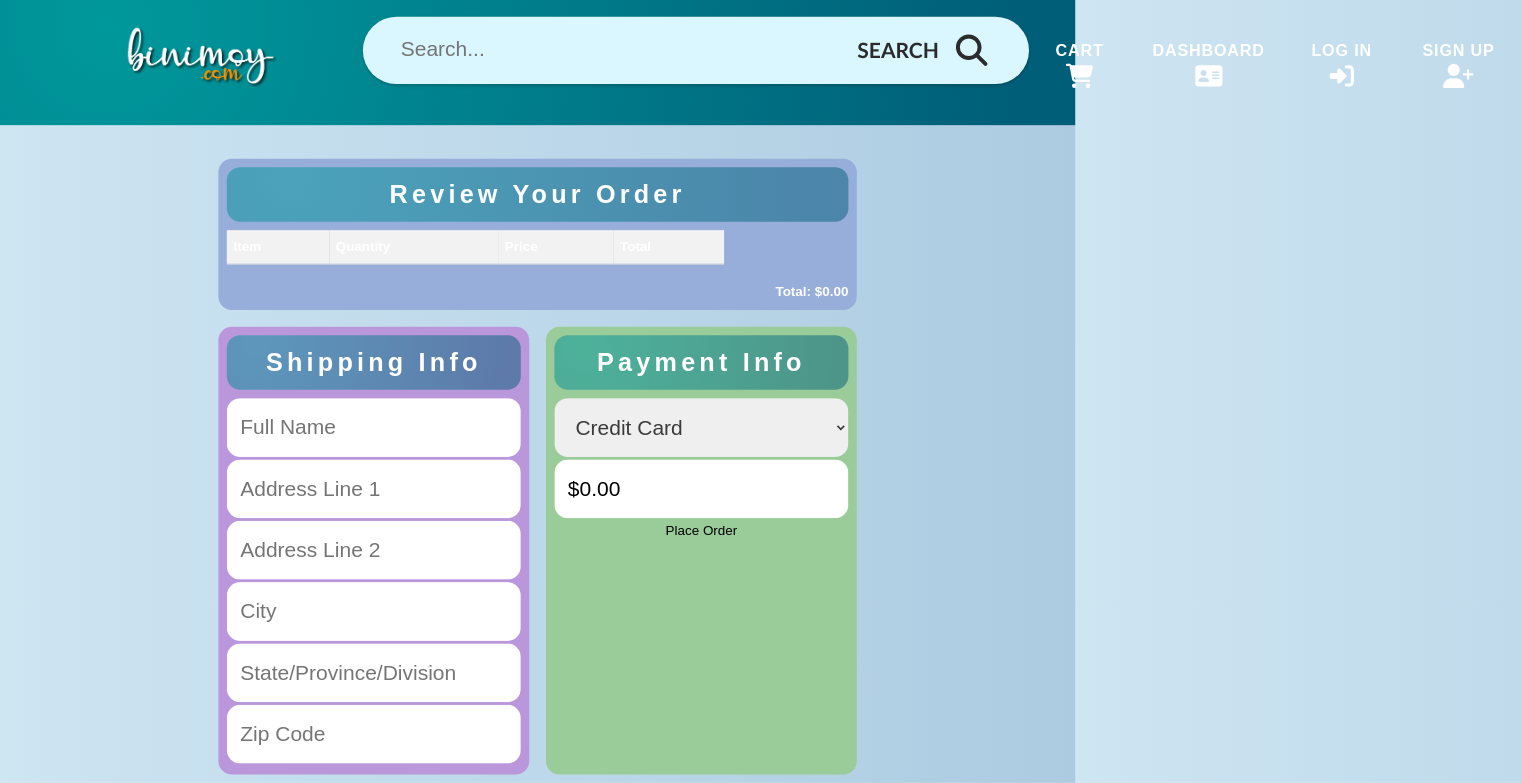
Repository: Shadman2024/2_1_DatabaseProject
Page: /checkout (app in frontend/)
An editor plug-in stored every save of this project. The page is shown before and after the next save, followed by the edit.
The browser window is 1280 px wide. The page is 1811 px wide, so the pictures cover 1811 px, including what lies to the right of the window. The pictures show the whole page, at 84% of full size.
Some web libraries are served in a nearby version. The project was rebuilt for these pictures with package versions that can differ from the ones it lists, and the page was loaded fresh each time. Also part of the build but not shown: frontend/src/App.css, frontend/src/signUp/signup.js, frontend/src/logIn/login.js, frontend/src/Home/home.module.css, frontend/src/Home/hero.js, frontend/src/Home/hero2.js, frontend/src/Home/hero3.js, frontend/src/Home/smallcategory.module.css and 31 more.

Above is the page before, as saved 2024-03-08 15:31:25.

After the next save:
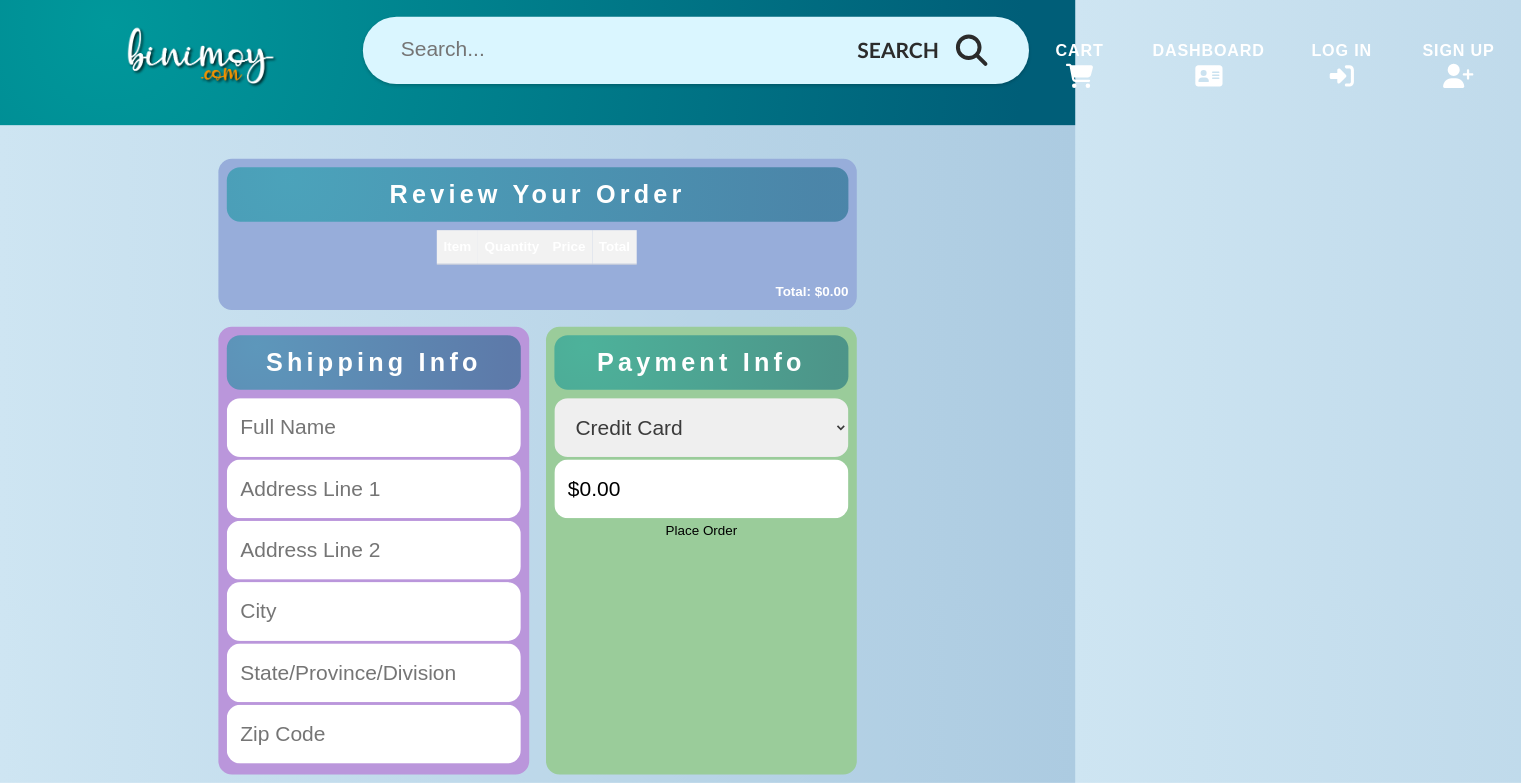
Saved 9 s later.
--- a/frontend/src/checkout/checkout.module.css
+++ b/frontend/src/checkout/checkout.module.css
@@ -105,7 +105,7 @@
   }
 
   .reviewTable {
-    width: 80%;
+    margin-left: 250px;
     border-collapse: collapse;
     margin-bottom: 20px;
   }

After the 3 saves that followed:
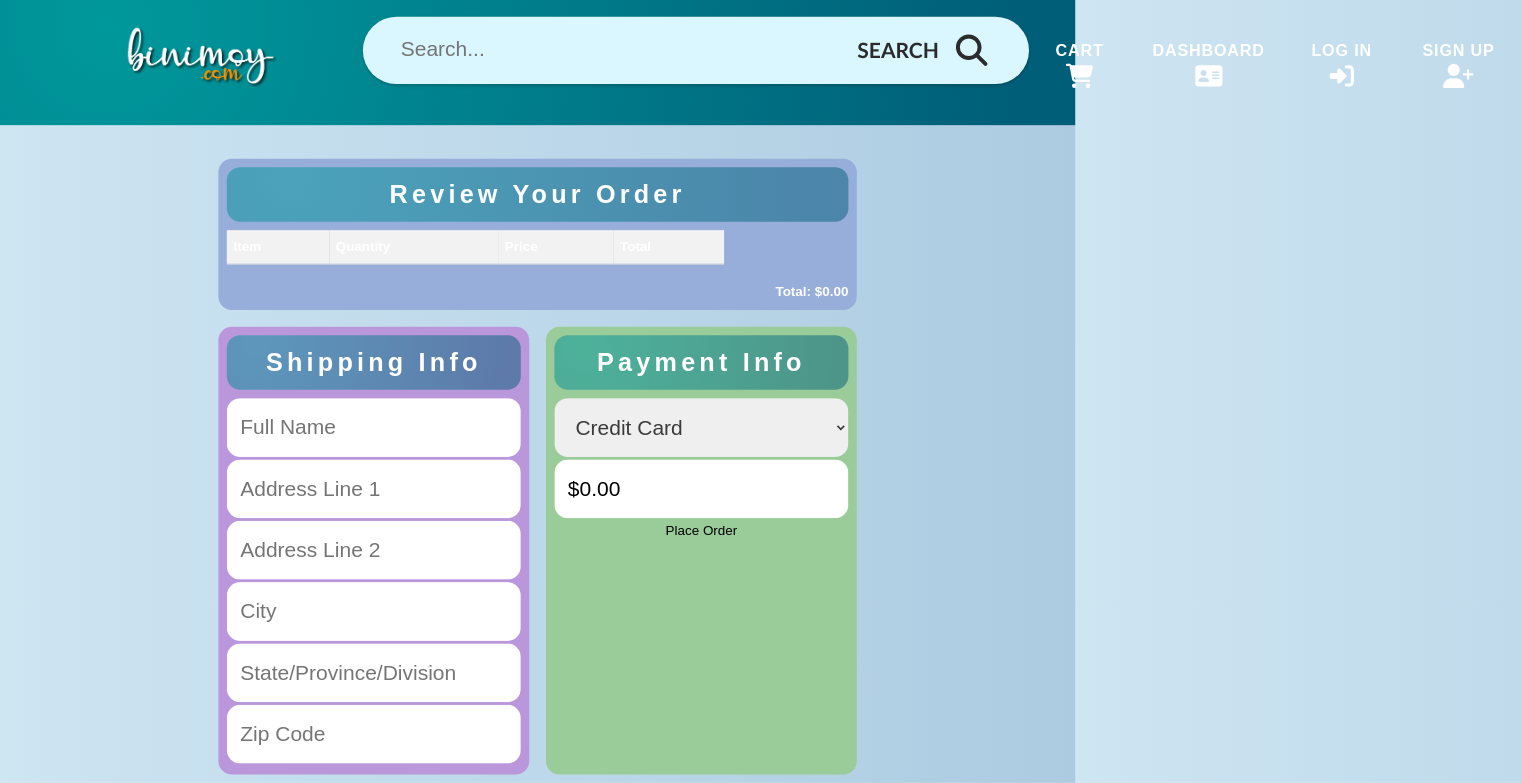
The 3 saves are shown as one change because 2 left the picture as it was.
The last was saved 19 s later.
--- a/frontend/src/checkout/checkout.module.css
+++ b/frontend/src/checkout/checkout.module.css
@@ -105,7 +105,8 @@
   }
 
   .reviewTable {
-    margin-left: 250px;
+    width: 80%;
+
     border-collapse: collapse;
     margin-bottom: 20px;
   }
